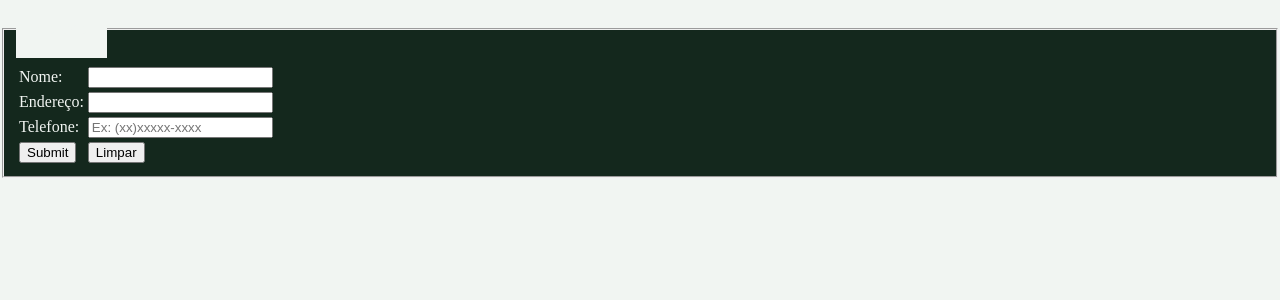
Repository: otavio-vicente/BackEnd-UniSenai
Page: WorkspaceTrilhaWeb/exemploServlet/src/main/webapp/contato.html
An editor plug-in stored every save of this project. The page is shown before and after the next save, followed by the edit.
The browser window is 1280 px wide. The pictures show the whole page.

Above is the page before, as saved 2024-06-13 23:28:26.

### WorkspaceTrilhaWeb/exemploServlet/src/main/webapp/contato.html
<!DOCTYPE html>
<html>
<head>
<meta charset="UTF-8">
<title>Insert title here</title>
<link href="./style.css" rel="stylesheet" type="text/css">
</head>
<body>
	<form>
		<fieldset>
			<legend>Contato</legend>
			<table>
				<tr>
					<td>Nome:</td>
					<td><input type="text"></input></td>
				</tr>
				<tr>
					<td>Endereço:</td>
					<td><input type="text"></input></td>
				</tr>
				<tr>
					<td>Telefone:</td>
					<td><input type="fone" placeholder="Ex: (xx)xxxxx-xxxx"></input></td>
				</tr>
				<tr>
					<td><input type="submit"></input></td>
					<td><input type="reset" value="Limpar"></input></td>
				</tr>
			</table>
		</fieldset>
	</form>
</body>
</html>

### WorkspaceTrilhaWeb/exemploServlet/src/main/webapp/style.css
@charset "UTF-8";

body {
	background-color: #F1F5F2;
	margin: 0;
	padding:0;
}

fieldset {
	background-color: #14281D;
	color: #F1F5F2;
}

legend {
	padding:20px;
	background-color: #F1F5F2;
}

After the next save:
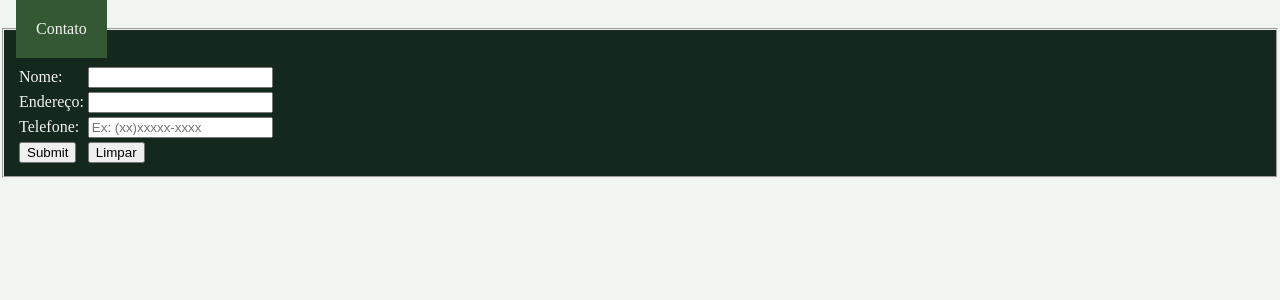
Saved 17 s later.
--- a/WorkspaceTrilhaWeb/exemploServlet/src/main/webapp/style.css
+++ b/WorkspaceTrilhaWeb/exemploServlet/src/main/webapp/style.css
@@ -13,5 +13,5 @@ fieldset {
 
 legend {
 	padding:20px;
-	background-color: #F1F5F2;
+	background-color: #355834;
 }
